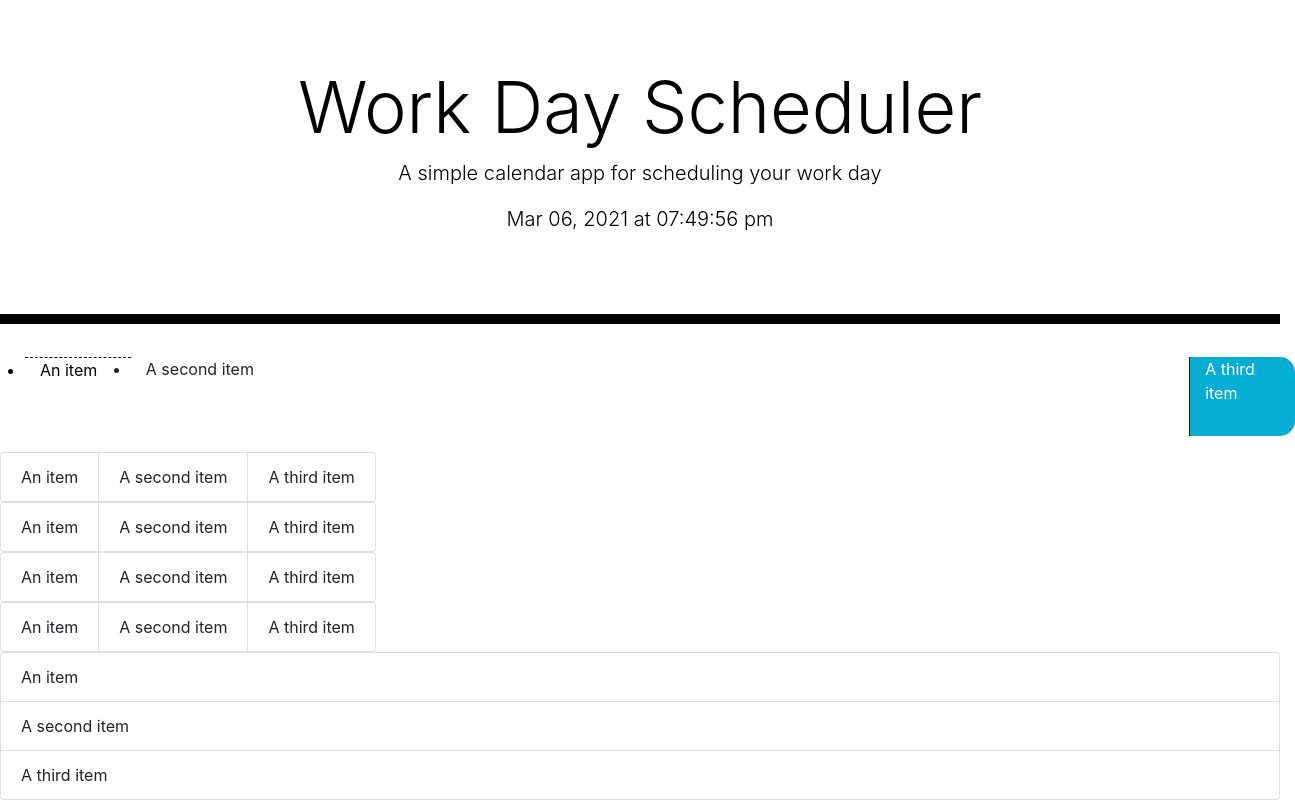
Repository: ziffoit/Work-Day_Scheduler
Page: Develop/index.html
An editor plug-in stored every save of this project. The page is shown before and after the next save, followed by the edit.
The browser window is 1280 px wide. The page is 1295 px wide, then 1280 px, so the pictures cover 1295 px, including what lies to the right of the window. The pictures show the whole page.
Some web libraries are served in a nearby version.

Above is the page before, as saved 2021-03-16 21:49:27.

After the next save:
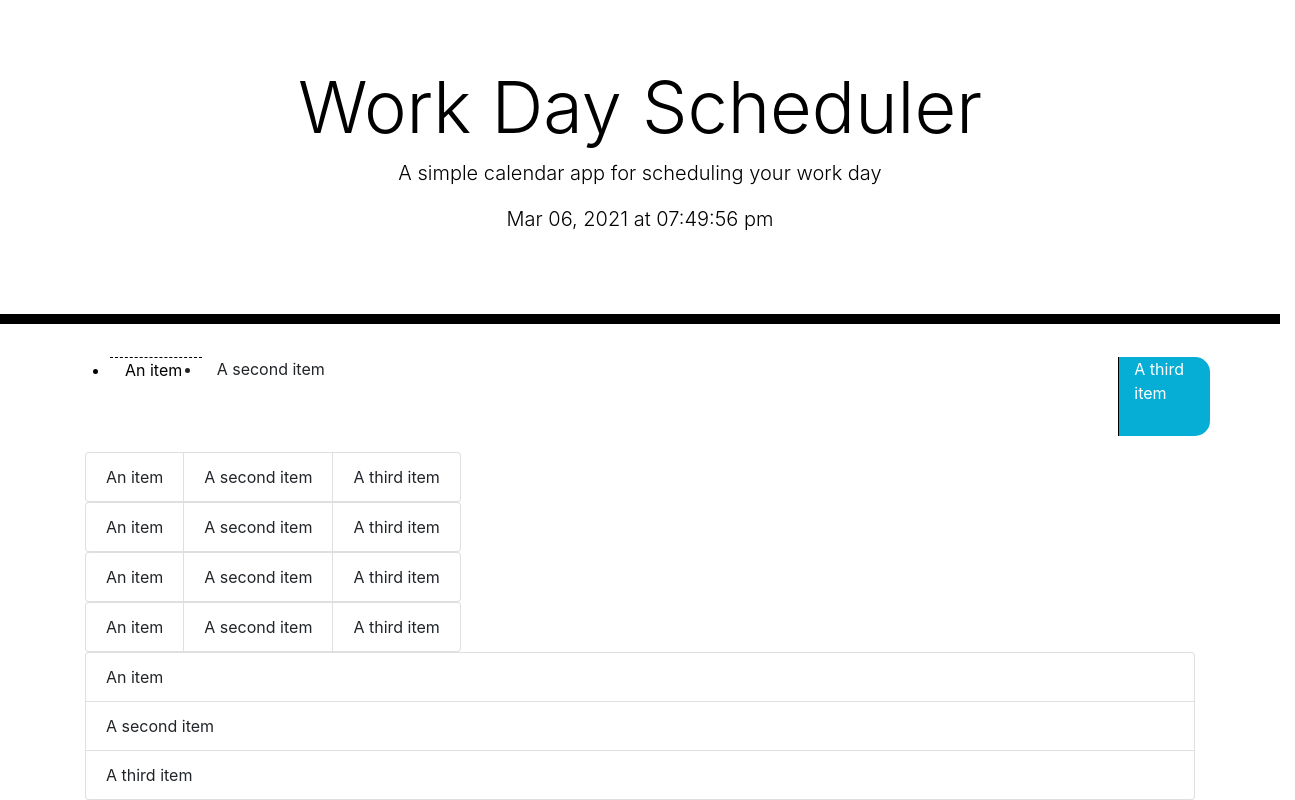
Saved 12 s later.
--- a/Develop/index.html
+++ b/Develop/index.html
@@ -28,7 +28,7 @@
       <p class="lead">A simple calendar app for scheduling your work day</p>
       <p id="currentDay" class="lead"></p>
     </header>
-    <div class="">
+    <div class="container">
       <ul class="row">
         <li class="col-1 hour">An item</li>
         <li class="col-10">A second item</li>
